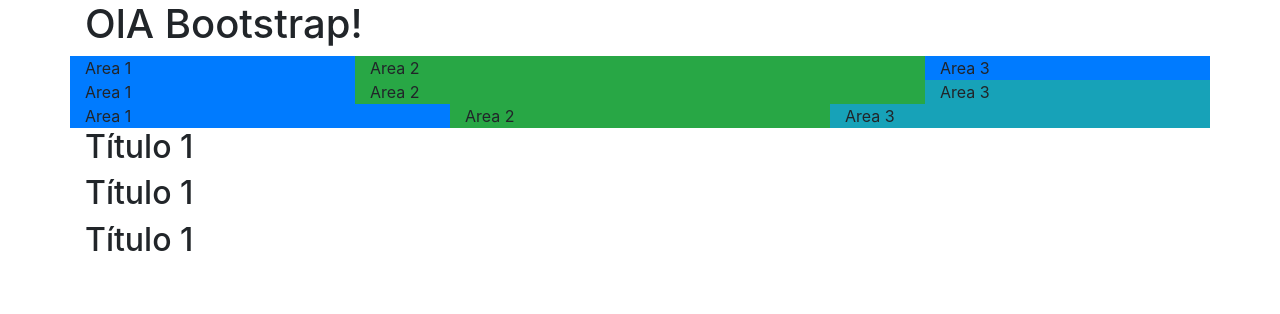
Repository: woodyalan/bootstrap-4
Page: conteudo.html
The author's editor kept a copy of each file at every save. The page is drawn from the files as they stood at one save, then again after the next save.
The browser window is 1280 px wide. The pictures show the whole page.

Above is the page before, as saved 2020-09-08 22:17:01.

After the next save:
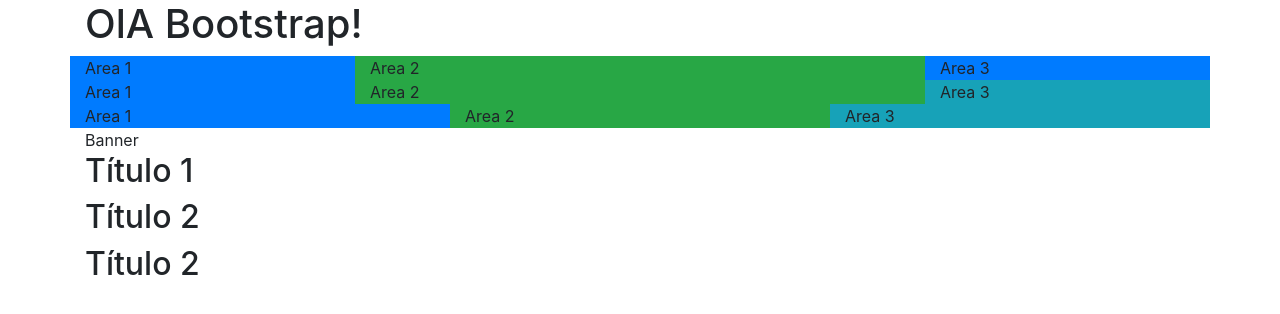
Saved 12 s later.
--- a/conteudo.html
+++ b/conteudo.html
@@ -32,7 +32,7 @@
       </div>
 
       <div class="row">
-        <div class="col-12"></div>
+        <div class="col-12">Banner</div>
       </div>
 
       <div class="row">
@@ -40,10 +40,10 @@
           <h2>Título 1</h2>
         </div>
         <div class="col-12 col-4">
-          <h2>Título 1</h2>
+          <h2>Título 2</h2>
         </div>
         <div class="col-12 col-4">
-          <h2>Título 1</h2>
+          <h2>Título 2</h2>
         </div>
       </div>
     </div>
